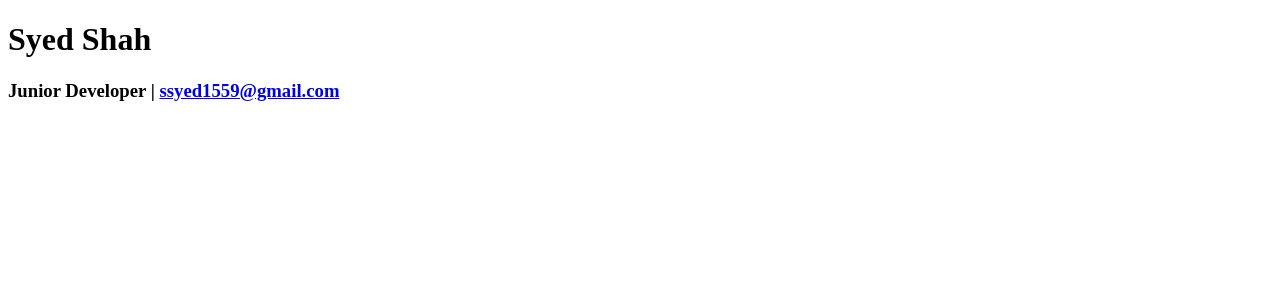
Repository: Syed-A-Shah/Resume
Page: index.html
The author's editor kept a record of every edit. The page is drawn from the files as they stood at one moment, then again after the next edit.
The browser window is 1280 px wide. The pictures show the whole page.

Above is the page before.

After the next edit:
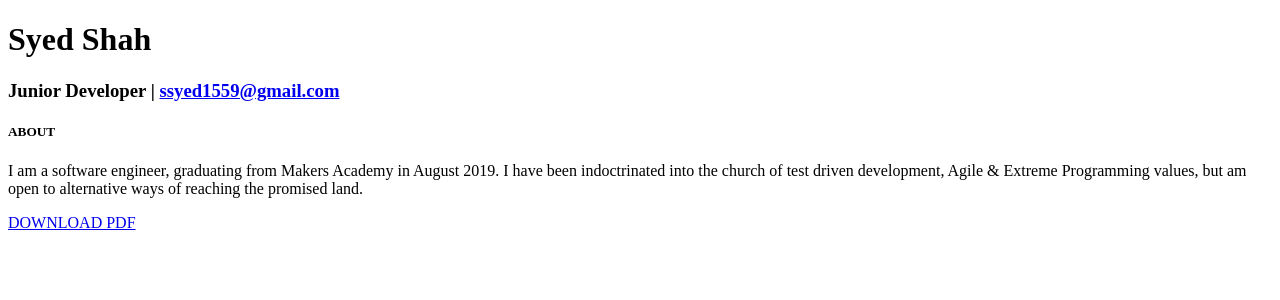
The edit:
--- a/index.html
+++ b/index.html
@@ -20,6 +20,23 @@
      </div><!--/.container-->
    </div><!--/.#headerwrap-->
 
+    <section id="about" name="about"></section>
+     <div class="about">
+       <div class="container">
+         <div class="row">
+           <div class="col-lg-2 col-lg-offset-1">
+             <h5>ABOUT</h5>
+           </div>
+           <div class="col-lg-6">
+    <p>I am a software engineer, graduating from Makers Academy in August 2019. I have been indoctrinated into the church of test driven development, Agile & Extreme Programming values, but am open to alternative ways of reaching the promised land.</p>
+    </div>
+           <div class="col-lg-3">
+             <p><a href="my-resume.pdf"><i class="icon-file"></i> <sm>DOWNLOAD PDF</sm></a></p>
+           </div>
+
+         </div><!--/.row-->
+       </div><!--/.container-->
+     </div><!--/ #intro-->
 
 </body>
 </html>
